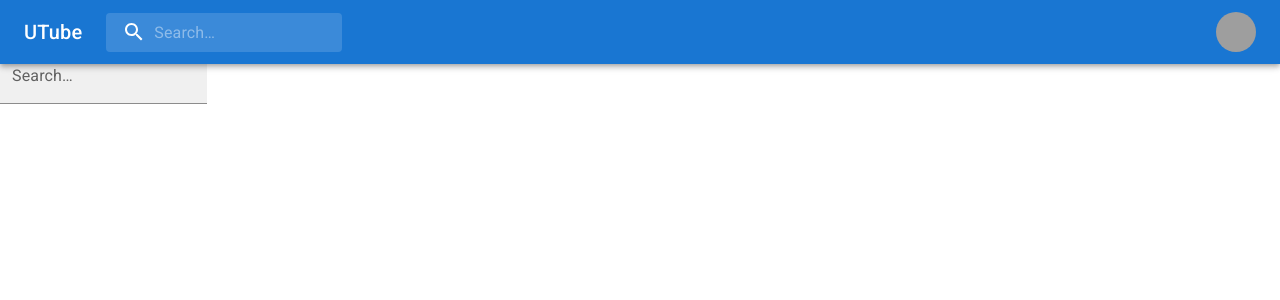
Repository: GokulDev4U/SocialBoatAssignment
Page: /
The author's editor kept a copy of each file at every save. The page is drawn from the files as they stood at one save, then again after a run of saves.
The browser window is 1280 px wide. The pictures show the whole page.
Pictures or frames that could not be fetched are drawn as grey boxes. The page's requests for data from a server got no answer. The project was rebuilt for these pictures with package versions that can differ from the ones it lists, and the page was loaded fresh each time. No one was signed in, and anything a server would have sent is missing. Also part of the build but not shown: src/components/VideoCard.jsx.

Above is the page before, as saved 2022-05-15 16:56:01.

### src/App.js
// import "./App.css";
import Box from "@mui/material/Box";
import Header from "./components/Header";

function App() {
  return (
    <Box className="App">
      <Header />
    </Box>
  );
}

export default App;

### src/components/Header.jsx
import React, { useEffect, useState } from 'react';
import { styled, alpha } from '@mui/material/styles';
import AppBar from '@mui/material/AppBar';
import Box from '@mui/material/Box';
import Toolbar from '@mui/material/Toolbar';
import IconButton from '@mui/material/IconButton';
import Typography from '@mui/material/Typography';
import InputBase from '@mui/material/InputBase';
import SearchIcon from '@mui/icons-material/Search';
import Avatar from '@mui/material/Avatar';
import VideoList from './VideoList';
import useFetch from './useFetch';
import TextField from '@mui/material/TextField';
import Button from '@mui/material/Button';


const Search = styled('div')(({ theme }) => ({
    position: 'relative',
    borderRadius: theme.shape.borderRadius,
    backgroundColor: alpha(theme.palette.common.white, 0.15),
    '&:hover': {
        backgroundColor: alpha(theme.palette.common.white, 0.25),
    },
    marginRight: theme.spacing(2),
    marginLeft: 0,
    // width: '100%',
    [theme.breakpoints.up('sm')]: {
        marginLeft: theme.spacing(3),
        width: 'auto',
    },
}));

const SearchIconWrapper = styled('div')(({ theme }) => ({
    padding: theme.spacing(0, 2),
    height: '100%',
    position: 'absolute',
    pointerEvents: 'none',
    display: 'flex',
    alignItems: 'center',
    justifyContent: 'center',
}));

const StyledInputBase = styled(InputBase)(({ theme }) => ({
    color: 'inherit',
    '& .MuiInputBase-input': {
        padding: theme.spacing(1, 1, 1, 0),
        paddingLeft: `calc(1em + ${theme.spacing(4)})`,
        transition: theme.transitions.create('width'),
        width: '100%',
        [theme.breakpoints.up('md')]: {
            width: '20ch',
        },
    },
}));

export default function Header() {
    const [search, setSearch] = useState('');
    const [results, setResults] = useState('10');

    // const debounce = (func, delay) => {
    //     let debounceTimer;
    //     return function () {
    //         const context = this;
    //         const args = arguments;
    //         clearTimeout(debounceTimer);
    //         debounceTimer = setTimeout(() => func.apply(context, args), delay);
    //     };
    // };

    // const update = debounce(function (e) {
    //     setSearch(e.target.value);

    // }, 1000);

    const update = (e) => {
        setSearch(e.target.value);
    };

    const { data } = useFetch(`https://asia-south1-socialboat-dev.cloudfunctions.net/assignmentVideos?&numResults=${results}&q=${search}`);


    return (
        <Box sx={{ flexGrow: 1 }}>
            <AppBar position="sticky">
                <Toolbar>
                    <Typography
                        variant="h6"
                        noWrap
                        component="div"
                        sx={{ display: { xs: 'none', sm: 'block' } }}
                    >
                        UTube
                    </Typography>

                    <Search>
                        <SearchIconWrapper>
                            <SearchIcon />
                        </SearchIconWrapper>
                        <StyledInputBase
                            placeholder="Search…"
                            onChange={(e) => update(e)}
                            value={search}
                            inputProps={{ 'aria-label': 'search' }}
                        />
                    </Search>

                    <Box sx={{ flexGrow: 1 }} />

                    <Box sx={{ display: { xs: 'none', md: 'flex' } }}>
                        <IconButton
                            size="large"
                            edge="end"
                            aria-label="account of current user"
                            aria-haspopup="true"
                            color="inherit"
                        >
                            <Avatar alt="profile" src="https://www.whatsappimages.in/wp-content/uploads/2021/04/Free-HD-Hindi-Attitude-Images-For-Boys-Wallpaper-Download.jpg" />
                        </IconButton>
                    </Box>

                    <Box sx={{ display: { xs: 'flex', md: 'none' } }}>
                        <IconButton
                            size="large"
                            aria-label="show more"
                            aria-haspopup="true"
                            color="inherit"
                        >
                            <Avatar alt="profile" src="https://www.whatsappimages.in/wp-content/uploads/2021/04/Free-HD-Hindi-Attitude-Images-For-Boys-Wallpaper-Download.jpg" />
                        </IconButton>
                    </Box>
                </Toolbar>
            </AppBar>
            <VideoList fetchVideo={data} />
            <Box>
                <TextField id="filled-basic" label="Search…"
                    onChange={(e) => update(e)} variant="filled" />
                <Button></Button>
            </Box>
        </Box>
    );
}

### src/components/VideoList.jsx
import React from 'react';
import VideoCard from './VideoCard';
import Grid from '@mui/material/Grid';
import Container from '@mui/material/Container';


const VideoList = ({ fetchVideo }) => {
    return (
        <Container>
            <Grid container spacing={2}>
                {fetchVideo && fetchVideo?.map(res => (
                    <Grid key={res.id} item xs={12} md={6} lg={4}>
                        <VideoCard video={res.video} heading={res.heading} tags={res.tags} text={res.text} />
                    </Grid>
                )
                )}
            </Grid>
        </Container>
    );
};

export default VideoList;

### src/components/useFetch.jsx
import axios from 'axios';
import { useEffect, useState } from 'react';

function useFetch(url) {
    const [data, setData] = useState(null);
    const [isLoading, setIsLoading] = useState(true);
    const [error, setError] = useState(null);

    useEffect(() => {
        const fetchVideoFromUrl = async () => {
            try {
                const response = await axios.get(url);
                setData(response?.data.results);
                setIsLoading(false);
                setError(null);
                console.log(response.data);
            } catch (error) {
                setIsLoading(false);
                setError(error.message);
            }
        };
        fetchVideoFromUrl();
    }, [url]);

    return { data, isLoading, error };
}

export default useFetch;

Loaded but not shown: public/index.html (common file); src/index.js (common file); src/index.css (common file); src/reportWebVitals.js (common file)

After the next 2 saves:
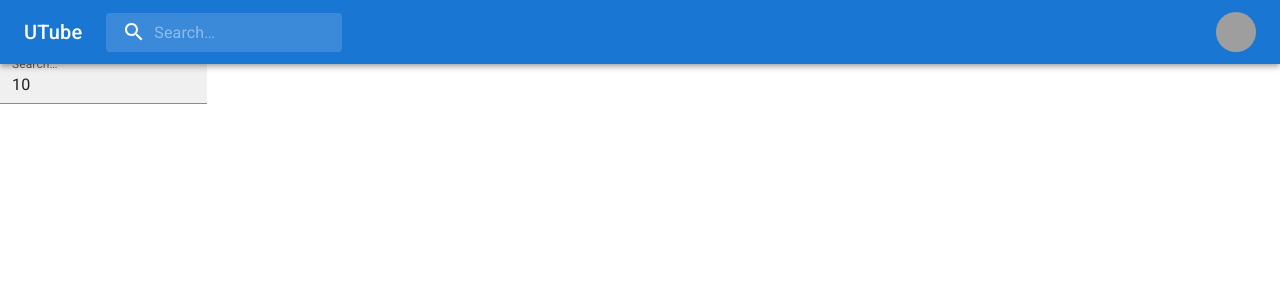
The 2 saves are shown as one change because 1 did not build or start.
The last was saved 3 min 39 s later.
--- a/src/components/Header.jsx
+++ b/src/components/Header.jsx
@@ -75,6 +75,9 @@ export default function Header() {
     const update = (e) => {
         setSearch(e.target.value);
     };
+    const buttonClick = (e) => {
+        e.preventDefault();
+    };
 
     const { data } = useFetch(`https://asia-south1-socialboat-dev.cloudfunctions.net/assignmentVideos?&numResults=${results}&q=${search}`);
 
@@ -133,8 +136,8 @@ export default function Header() {
             <VideoList fetchVideo={data} />
             <Box>
                 <TextField id="filled-basic" label="Search…"
-                    onChange={(e) => update(e)} variant="filled" />
-                <Button></Button>
+                    onChange={(e) => setResults(e.target.value)} value={results} variant="filled" />
+                <Button onClick={buttonClick}></Button>
             </Box>
         </Box>
     );
